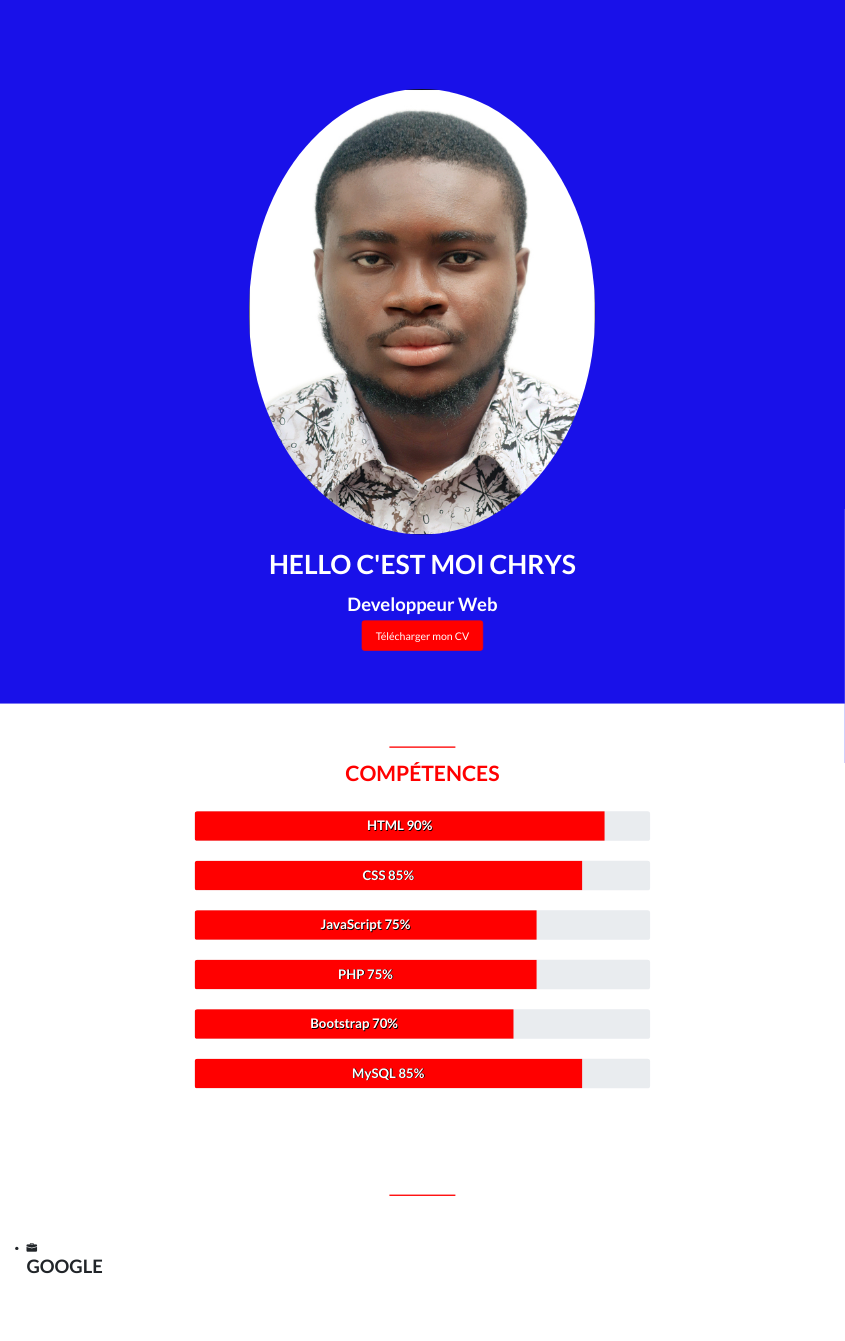
Repository: CHRYSOVR/CV_en_ligne_Interactif
Page: index.html
An editor plug-in stored every save of this project. The page is shown before and after the next save, followed by the edit.
The browser window is 1280 px wide. The pictures show the whole page, at 66% of full size.

Above is the page before, as saved 2025-07-08 21:56:23.
Console error: TypeError: Cannot read properties of undefined (reading 'fn')

After the next save:
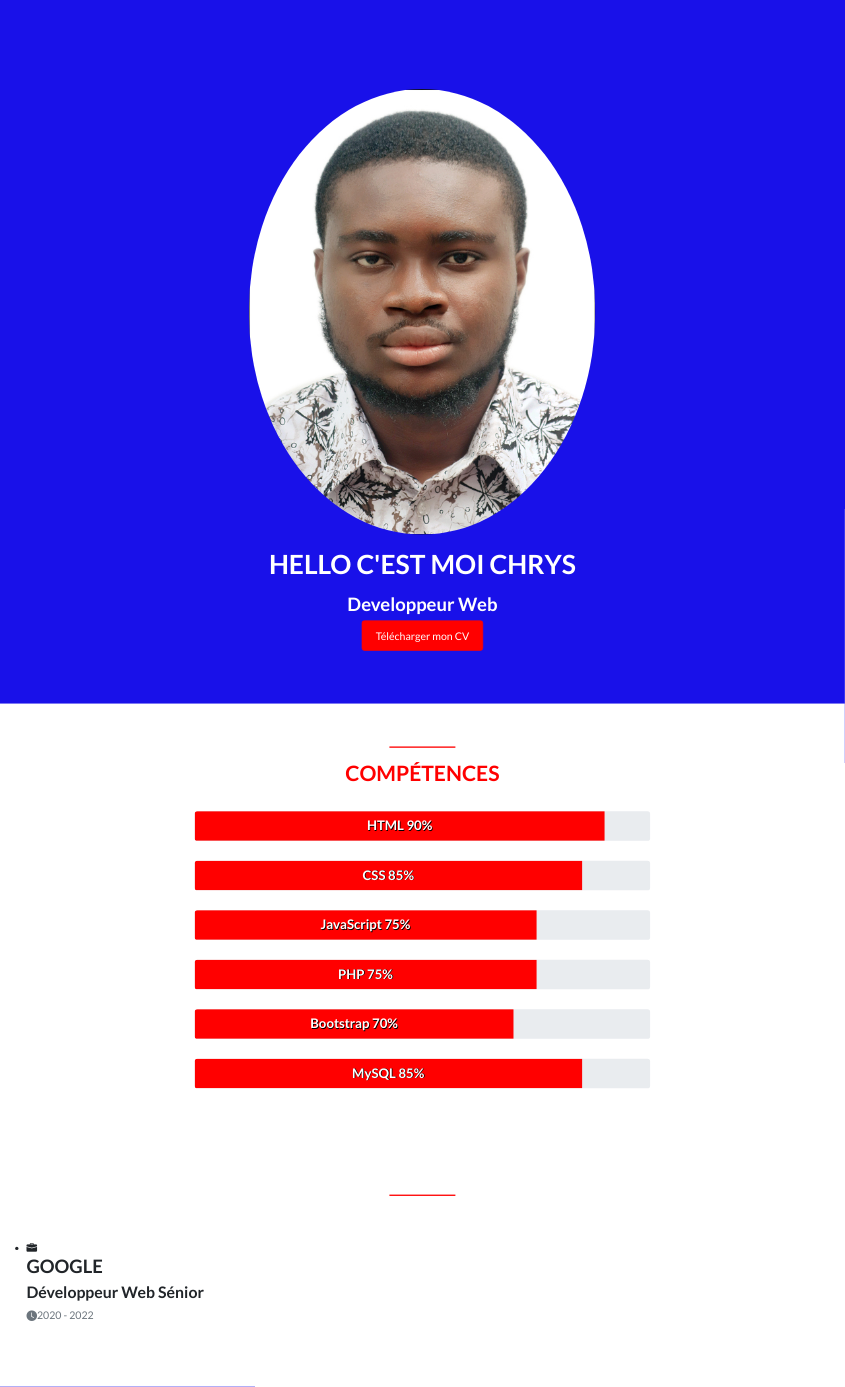
Saved 3 min 37 s later.
--- a/index.html
+++ b/index.html
@@ -153,8 +153,8 @@
             <div class="timeline-panel">
                 <div class="timeline-heading">
                     <h3>GOOGLE</h3>
-                    <h4></h4>
-                    <p  class="text-muted"></p>
+                    <h4>Développeur Web Sénior </h4>
+                    <p  class="text-muted"><span class="bi bi-clock-fill"></span>2020 - 2022</p>
                 </div>
                 <div class="timeline-body ">
 
